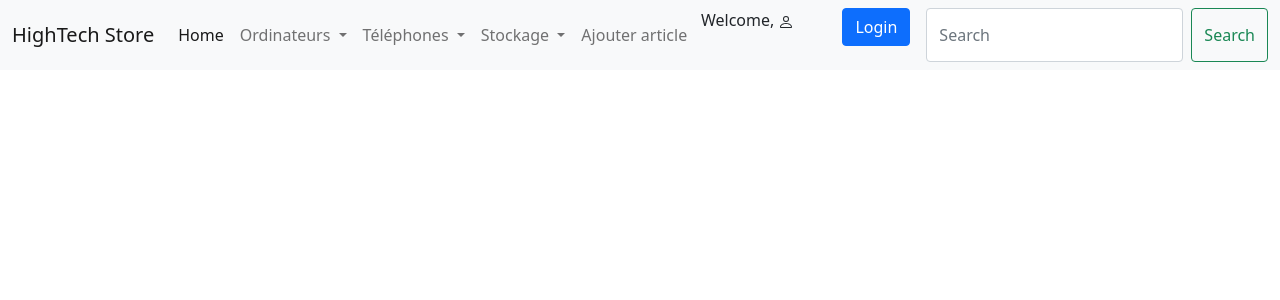
Repository: HaPhuong-krys/M1-angular
Page: /
The author's editor kept a copy of each file at every save. The page is drawn from the files as they stood at one save, then again after the next save.
The browser window is 1280 px wide. The pictures show the whole page.
The project was rebuilt for these pictures with package versions that can differ from the ones it lists, and the page was loaded fresh each time. Also part of the build but not shown: angular.json, src/app/connexion/connexion.component.ts, src/app/home/home.component.ts, src/app/pc-bureau/pc-bureau.component.ts, src/app/pc-portable/pc-portable.component.ts, src/app/ajouter-article-form/ajouter-article-form.component.ts, src/app/Model/Articles.ts, src/app/accessoire-ordi/accessoire-ordi.component.ts and 11 more.

Above is the page before, as saved 2023-04-23 15:49:40.

### src/index.html
<!doctype html>
<html lang="en">
<head>
  <meta charset="utf-8">
  <title>HighTechStore</title>
  <base href="/">
  <meta name="viewport" content="width=device-width, initial-scale=1">
  <link rel="icon" type="image/x-icon" href="favicon.ico">
  <!-- Boostrap css -->
  <link href="https://cdn.jsdelivr.net/npm/bootstrap@5.0.2/dist/css/bootstrap.min.css"
  rel="stylesheet" integrity="sha384-EVSTQN3/azprG1Anm3QDgpJLIm9Nao0Yz1ztcQTwFspd3yD65VohhpuuCOmLASjC" crossorigin="anonymous">
</head>
<body>
  <app-root></app-root>
   <!-- Boostrap -->
  <script src="https://cdn.jsdelivr.net/npm/@popperjs/core@2.9.2/dist/umd/popper.min.js"
  integrity="sha384-IQsoLXl5PILFhosVNubq5LC7Qb9DXgDA9i+tQ8Zj3iwWAwPtgFTxbJ8NT4GN1R8p" crossorigin="anonymous"></script>
  <script src="https://cdn.jsdelivr.net/npm/bootstrap@5.0.2/dist/js/bootstrap.min.js"
  integrity="sha384-cVKIPhGWiC2Al4u+LWgxfKTRIcfu0JTxR+EQDz/bgldoEyl4H0zUF0QKbrJ0EcQF" crossorigin="anonymous"></script>
</body>
</html>

### src/app/app.module.ts
import { NgModule } from '@angular/core';
import { BrowserModule } from '@angular/platform-browser';

import { AppRoutingModule } from './app-routing.module';
import { AppComponent } from './app.component';
import { NavbarComponent } from './navbar/navbar.component';
import { HomeComponent } from './home/home.component';
import { PcPortableComponent } from './pc-portable/pc-portable.component';
import { PcBureauComponent } from './pc-bureau/pc-bureau.component';
import { ConnexionComponent } from './connexion/connexion.component';
import { PhonesModule } from './modules/phones/phones.module';
import { StockageModule } from './modules/stockage/stockage.module';
import { AjouterArticleFormComponent } from './ajouter-article-form/ajouter-article-form.component';
import {HttpClientModule} from '@angular/common/http';
import { PcPortableServiceService } from './pc-portable-service.service';
import { FormCreationArticleService } from './form-creation-article.service';
import { FooterComponent } from './footer/footer.component';
import { FormsModule } from '@angular/forms';
import { HomeService } from './home.service';
import { PcBureauServiceService } from './pc-bureau-service.service';
import { AccesOrdiServiceService } from './acces-ordi-service.service';
import { AccessoireOrdiComponent } from './accessoire-ordi/accessoire-ordi.component';
import { SmartPhoneComponent } from './smart-phone/smart-phone.component';
import { SmartPhoneServiceService } from './smart-phone-service.service';
import { TelephoneFixComponent } from './telephone-fix/telephone-fix.component';
import { TelephoneFixServiceService } from './telephone-fix-service.service';
import { AccessoireTelfixComponent } from './accessoire-telfix/accessoire-telfix.component';
import { AccesTelfixServiceService } from './acces-telfix-service.service';
import { DisqueDurComponent } from './disque-dur/disque-dur.component';
import { UsbComponent } from './usb/usb.component';
import { AccessoireStockageComponent } from './accessoire-stockage/accessoire-stockage.component';
import { DisqueDurServiceService } from './disque-dur-service.service';
import { UsersComponent } from './users/users.component';
import { DeconnexionComponent } from './deconnexion/deconnexion.component';

@NgModule({
  declarations: [
    AppComponent,
    NavbarComponent,
    HomeComponent,
    PcPortableComponent,
    PcBureauComponent,
    ConnexionComponent,
    AjouterArticleFormComponent,
    FooterComponent,
    AccessoireOrdiComponent,
    SmartPhoneComponent,
    TelephoneFixComponent,
    AccessoireTelfixComponent,
    DisqueDurComponent,
    UsbComponent,
    AccessoireStockageComponent,
    UsersComponent,
    DeconnexionComponent,


  ],
  imports: [
    BrowserModule,
    AppRoutingModule,
    PhonesModule,
    StockageModule,
    HttpClientModule,
    FormsModule
  ],
  providers: [
    PcPortableServiceService,
    FormCreationArticleService,
    HomeService,
    PcBureauServiceService,
    AccesOrdiServiceService,
    SmartPhoneServiceService,
    TelephoneFixServiceService,
    AccesTelfixServiceService,
    DisqueDurServiceService
  ],
  bootstrap: [AppComponent]
})
export class AppModule { }

### src/app/app-routing.module.ts
import { NgModule } from '@angular/core';
import { RouterModule, Routes } from '@angular/router';
import { ConnexionComponent } from './connexion/connexion.component';
import { HomeComponent } from './home/home.component';
import { PcBureauComponent } from './pc-bureau/pc-bureau.component';
import { PcPortableComponent } from './pc-portable/pc-portable.component';
import { AjouterArticleFormComponent } from './ajouter-article-form/ajouter-article-form.component';
import { AccessoireOrdiComponent } from './accessoire-ordi/accessoire-ordi.component';
import { SmartPhoneComponent } from './smart-phone/smart-phone.component';
import { TelephoneFixComponent } from './telephone-fix/telephone-fix.component';
import { AccessoireTelfixComponent } from './accessoire-telfix/accessoire-telfix.component';
import { DisqueDurComponent } from './disque-dur/disque-dur.component';
import { UsbComponent } from './usb/usb.component';
import { AccessoireStockageComponent } from './accessoire-stockage/accessoire-stockage.component';

const routes: Routes = [
  { path:'home', component:HomeComponent},
  { path: 'PcPortable', component: PcPortableComponent},
  { path: 'PcBureau', component: PcBureauComponent},
  { path: 'Connexion', component: ConnexionComponent},
  { path: 'AjouterAticleForm', component: AjouterArticleFormComponent},
  { path: 'AccessoireOrdi', component: AccessoireOrdiComponent},
  { path: 'SmartPhone', component: SmartPhoneComponent},
  { path: 'telephoneFix', component: TelephoneFixComponent},
  { path: 'AccessoireTelFix', component: AccessoireTelfixComponent},
  { path: 'DisqueDur', component: DisqueDurComponent},
  { path: 'USB', component: UsbComponent},
  { path: 'AccessoireStock', component : AccessoireStockageComponent}
];

@NgModule({
  imports: [RouterModule.forRoot(routes)],
  exports: [RouterModule]
})
export class AppRoutingModule { }

### src/app/app.component.ts
import { Component } from '@angular/core';

@Component({
  selector: 'app-root',
  templateUrl: './app.component.html',
  styleUrls: ['./app.component.css']
})
export class AppComponent {
  title = 'HighTechStore';
}

### src/app/navbar/navbar.component.ts
import { Component, OnInit } from '@angular/core';
import { Router } from '@angular/router';
import { LoginService } from '../login.service';

@Component({
  selector: 'app-navbar',
  templateUrl: './navbar.component.html',
  styleUrls: ['./navbar.component.css']
})
export class NavbarComponent implements OnInit {
  isLoggedIn$ = this.authService.isLoggedIn$;
  currentUser$ = this.authService.currentUser;

  constructor(private authService: LoginService, private router: Router) { }

  ngOnInit(): void {
  }

  logout() {
    this.authService.logout();
    this.router.navigate(['/Connexion']);
  }

}

### src/app/modules/phones/phones.module.ts
import { NgModule } from '@angular/core';
import { CommonModule } from '@angular/common';

import { PhonesRoutingModule } from './phones-routing.module';


@NgModule({
  declarations: [],
  imports: [
    CommonModule,
    PhonesRoutingModule
  ]
})
export class PhonesModule { }

### src/app/modules/stockage/stockage.module.ts
import { NgModule } from '@angular/core';
import { CommonModule } from '@angular/common';

import { StockageRoutingModule } from './stockage-routing.module';


@NgModule({
  declarations: [],
  imports: [
    CommonModule,
    StockageRoutingModule
  ]
})
export class StockageModule { }

### src/app/pc-portable-service.service.ts
import { Injectable } from '@angular/core';
import  { HttpClient, HttpClientModule } from  '@angular/common/http';
import { Observable } from 'rxjs';
import { Articles } from './Model/Articles';


@Injectable({
  providedIn: 'root'
})
export class PcPortableServiceService {
  url_portable = 'http://localhost:8080/Projet-REST-V1/articles/list/PC_Portable';

  constructor(private http:HttpClient) { }

  getArticlePcPortable():Observable<Array<Articles>>{
    return this.http.get<Array<Articles>>(this.url_portable);
  }
}

### src/app/form-creation-article.service.ts
import { Injectable } from '@angular/core';
import  { HttpClient, HttpClientModule, HttpHeaders } from  '@angular/common/http';
import { Observable } from 'rxjs';
import { Categories } from './Model/Categories';
import { Articles } from './Model/Articles';


@Injectable({
  providedIn: 'root'
})
export class FormCreationArticleService {

  url = 'http://localhost:8080/Projet-REST-V1/categories/list';

  addUrl = 'http://localhost:8080/Projet-REST-V1/articles';

  articleData: any = {};

  constructor(private http:HttpClient) { }

  getAllCategories():Observable<Array<Categories>>{
    return this.http.get<Array<Categories>>(this.url);
  }

  httpOptions = {
    headers: new HttpHeaders({ 'Content-Type': 'application/json' })
  };

  addArticle(article: Articles): Observable<Articles> {
    const url = `${this.addUrl}/add`;
    return this.http.post<Articles>(url, article, this.httpOptions);
    //return this.http.post<Articles[]>(`${this.addUrl}/add`, article);
  }

}

### src/app/home.service.ts
import { Injectable } from '@angular/core';
import  { HttpClient, HttpClientModule, HttpHeaders } from  '@angular/common/http';
import { Observable } from 'rxjs';
import { Categories } from './Model/Categories';
import { Articles } from './Model/Articles';

@Injectable({
  providedIn: 'root'
})
export class HomeService {
  url = 'http://localhost:8080/Projet-REST-V1/articles/list';
  articleData: any = {};

  constructor(private http:HttpClient) { }

  getAllArticle():Observable<Array<Articles>>{
    return this.http.get<Array<Articles>>(this.url);
  }
}

### src/app/pc-bureau-service.service.ts
import { HttpClient } from '@angular/common/http';
import { Injectable } from '@angular/core';
import { Observable } from 'rxjs';
import { Articles } from './Model/Articles';

@Injectable({
  providedIn: 'root'
})
export class PcBureauServiceService {

  url_bureau = 'http://localhost:8080/Projet-REST-V1/articles/list/PC_Bureau';

  constructor(private http:HttpClient) { }

  getArticlePcBureau():Observable<Array<Articles>>{
    return this.http.get<Array<Articles>>(this.url_bureau);
  }
}

### src/app/acces-ordi-service.service.ts
import { HttpClient } from '@angular/common/http';
import { Injectable } from '@angular/core';
import { Observable } from 'rxjs';
import { Articles } from './Model/Articles';

@Injectable({
  providedIn: 'root'
})
export class AccesOrdiServiceService {

  access_ordi = 'http://localhost:8080/Projet-REST-V1/articles/list/accessoire_ordi';
  constructor(private http:HttpClient) { }

  getArticleAccesoireOrdi(): Observable<Array<Articles>>{
    return this.http.get<Array<Articles>>(this.access_ordi);
  }
}

### src/app/smart-phone-service.service.ts
import { HttpClient } from '@angular/common/http';
import { Injectable } from '@angular/core';
import { Observable } from 'rxjs';
import { Articles } from './Model/Articles';

@Injectable({
  providedIn: 'root'
})
export class SmartPhoneServiceService {

  url_smartphone = 'http://localhost:8080/Projet-REST-V1/articles/list/smartphone';


  constructor(private http: HttpClient) { }

  getArticleSmartphone():Observable<Array<Articles>>{
    return this.http.get<Array<Articles>>(this.url_smartphone);
  }
}

### src/app/telephone-fix-service.service.ts
import { HttpClient } from '@angular/common/http';
import { Injectable } from '@angular/core';
import { Articles } from './Model/Articles';

@Injectable({
  providedIn: 'root'
})
export class TelephoneFixServiceService {
  url_telFix = 'http://localhost:8080/Projet-REST-V1/articles/list/telephoneFix';

  constructor(private http: HttpClient) { }

  getArticleTelephoneFix(){
    return this.http.get<Array<Articles>>(this.url_telFix);
  }
}

### src/app/acces-telfix-service.service.ts
import { HttpClient } from '@angular/common/http';
import { Injectable } from '@angular/core';
import { Articles } from './Model/Articles';

@Injectable({
  providedIn: 'root'
})
export class AccesTelfixServiceService {

  url_accesstel= 'http://localhost:8080/Projet-REST-V1/articles/list/accessoire_tel';

  constructor(private http:HttpClient) { }

  getArticleAccessoireTelFix(){
    return this.http.get<Array<Articles>>(this.url_accesstel);
  }

}

### src/app/disque-dur-service.service.ts
import { HttpClient } from '@angular/common/http';
import { Injectable } from '@angular/core';
import { Articles } from './Model/Articles';

@Injectable({
  providedIn: 'root'
})
export class DisqueDurServiceService {

  url_disque = 'http://localhost:8080/Projet-REST-V1/articles/list/Disque_dur';

  constructor(private http:HttpClient) { }

  getArticleDisqurDur(){
    return this.http.get<Array<Articles>>(this.url_disque);
  }

}

### src/app/navbar/navbar.component.html

<nav class="navbar navbar-expand-lg navbar-light bg-light">
    <div class="container-fluid">
      <a class="navbar-brand" routerLink="/home">HighTech Store</a>
      <button class="navbar-toggler" type="button" data-bs-toggle="collapse" data-bs-target="#navbarSupportedContent" aria-controls="navbarSupportedContent" aria-expanded="false" aria-label="Toggle navigation">
        <span class="navbar-toggler-icon"></span>
      </button>
      <div class="collapse navbar-collapse" id="navbarSupportedContent">
        <ul class="navbar-nav me-auto mb-2 mb-lg-0">
          <li class="nav-item">
            <a class="nav-link active" aria-current="page" href="/home">Home</a>
          </li>
          <li class="nav-item dropdown">
            <a class="nav-link dropdown-toggle" href="#" id="navbarDropdown" role="button" data-bs-toggle="dropdown" aria-expanded="false">
              Ordinateurs
            </a>
            <ul class="dropdown-menu" aria-labelledby="navbarDropdown">
              <li><a class="dropdown-item" routerLink="/PcPortable">Pc Portables</a></li>
              <li><a class="dropdown-item" routerLink="/PcBureau">Pc de bureau</a></li>
              <li><hr class="dropdown-divider"></li>
              <li><a class="dropdown-item" href="/AccessoireOrdi">Accessoires</a></li>
            </ul>
          </li>
          <li class="nav-item dropdown">
            <a class="nav-link dropdown-toggle" href="#" id="navbarDropdown" role="button" data-bs-toggle="dropdown" aria-expanded="false">
              Téléphones
            </a>
            <ul class="dropdown-menu" aria-labelledby="navbarDropdown">
              <li><a class="dropdown-item" routerLink="/SmartPhone">Smartphones</a></li>
              <li><a class="dropdown-item" routerLink="/telephoneFix">Téléphones Fixes</a></li>
              <li><hr class="dropdown-divider"></li>
              <li><a class="dropdown-item" href="/AccessoireTelFix">Accessoires</a></li>
            </ul>
          </li>

          <li class="nav-item dropdown">
            <a class="nav-link dropdown-toggle" href="#" id="navbarDropdown" role="button" data-bs-toggle="dropdown" aria-expanded="false">
              Stockage
            </a>
            <ul class="dropdown-menu" aria-labelledby="navbarDropdown">
              <li><a class="dropdown-item" routerLink="/DisqueDur">Disque Dur</a></li>
              <li><a class="dropdown-item" routerLink="/USB">Clé USB</a></li>
              <li><hr class="dropdown-divider"></li>
              <li><a class="dropdown-item" href="/AccessoireStock">Accessoire</a></li>
            </ul>
          </li>

          <li class="nav-item">
            <a class="nav-link" href="/AjouterAticleForm">Ajouter article</a>
          </li>


        </ul>


        <div class="d-flex">
        <div class="ml-auto">
          <span>Welcome, {{ (currentUser$ | async) }}</span>
          <svg xmlns="http://www.w3.org/2000/svg" width="16" height="16" fill="currentColor" class="bi bi-person" viewBox="0 0 16 16">
            <path d="M8 8a3 3 0 1 0 0-6 3 3 0 0 0 0 6Zm2-3a2 2 0 1 1-4 0 2 2 0 0 1 4 0Zm4 8c0 1-1 1-1 1H3s-1 0-1-1 1-4 6-4 6 3 6 4Zm-1-.004c-.001-.246-.154-.986-.832-1.664C11.516 10.68 10.289 10 8 10c-2.29 0-3.516.68-4.168 1.332-.678.678-.83 1.418-.832 1.664h10Z"/>
          </svg>
        </div>
          <div class="ml-auto">
          <ul class="d-flex" *ngIf="isLoggedIn$ | async">
            <a class="btn btn-danger mx-3" (click)="logout()" routerLink="/Home">Logout</a>
          </ul>
          <ul class="d-flex" *ngIf="!(isLoggedIn$ | async)">
            <a routerLink="/Connexion" class="btn btn-primary mx-3" role="button">Login</a>
          </ul>
        </div>
        <form class="d-flex">
          <input class="form-control me-2" type="search" placeholder="Search" aria-label="Search">
          <button class="btn btn-outline-success" type="submit">Search</button>
        </form>
      </div>
      </div>
    </div>
  </nav>

### src/app/login.service.ts
import { HttpClient } from '@angular/common/http';
import { Injectable } from '@angular/core';
import { Observable, BehaviorSubject } from 'rxjs';
import { Router } from '@angular/router';

export interface user {
  id_user: number;
  firstname: string;
  lastname: string;
  email: string;
  password: string;
  role: string;
}

@Injectable({
  providedIn: 'root'
})

export class LoginService {

  private apiUrl = 'http://localhost:8080/Projet-REST-V1/users';

  private isLoggedIn = new BehaviorSubject<boolean>(false);
  isLoggedIn$ = this.isLoggedIn.asObservable();
  public currentUser = new BehaviorSubject<user>(null);
  currentUser$ = this.currentUser.asObservable();

  login() {
    this.isLoggedIn.next(true);
  }

  logout() {
    this.isLoggedIn.next(false);
    this.router.navigate(['/Connexion']);
    this.currentUser.next('');
  }

  loginUser(email: string, password: string): Observable<any> {
    const body = { email: email, password: password };
    this.currentUser.next(firstname);
    return this.http.post<any>(`${this.apiUrl}/login`, body);
  }

  constructor(private http: HttpClient, private router : Router) { }

}

### src/app/modules/phones/phones-routing.module.ts
import { NgModule } from '@angular/core';
import { RouterModule, Routes } from '@angular/router';

const routes: Routes = [];

@NgModule({
  imports: [RouterModule.forChild(routes)],
  exports: [RouterModule]
})
export class PhonesRoutingModule { }

### src/app/modules/stockage/stockage-routing.module.ts
import { NgModule } from '@angular/core';
import { RouterModule, Routes } from '@angular/router';

const routes: Routes = [];

@NgModule({
  imports: [RouterModule.forChild(routes)],
  exports: [RouterModule]
})
export class StockageRoutingModule { }

Loaded but not shown: src/styles.css (common file); src/main.ts (common file); src/app/app.component.html (common file); src/app/app.component.css (no stored copy; drawn as an empty file); src/app/navbar/navbar.component.css (no stored copy; drawn as an empty file)

After the next save:
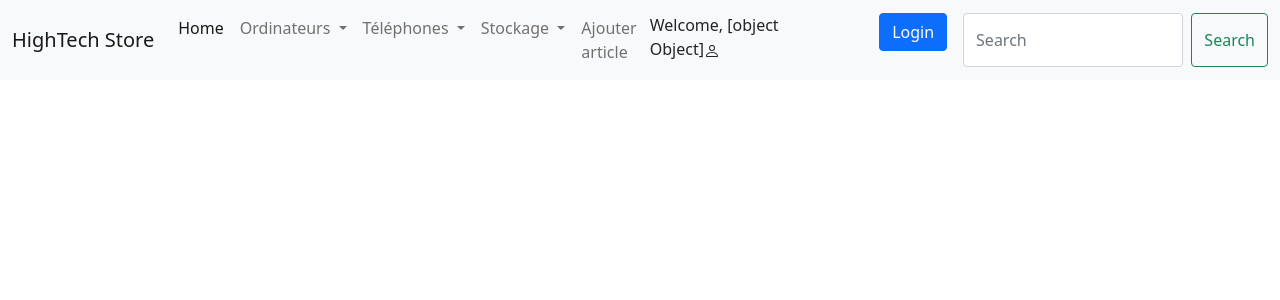
Saved 35 s later.
--- a/src/app/login.service.ts
+++ b/src/app/login.service.ts
@@ -22,7 +22,7 @@ export class LoginService {
 
   private isLoggedIn = new BehaviorSubject<boolean>(false);
   isLoggedIn$ = this.isLoggedIn.asObservable();
-  public currentUser = new BehaviorSubject<user>(null);
+  public currentUser = new BehaviorSubject<user>({});
   currentUser$ = this.currentUser.asObservable();
 
   login() {
